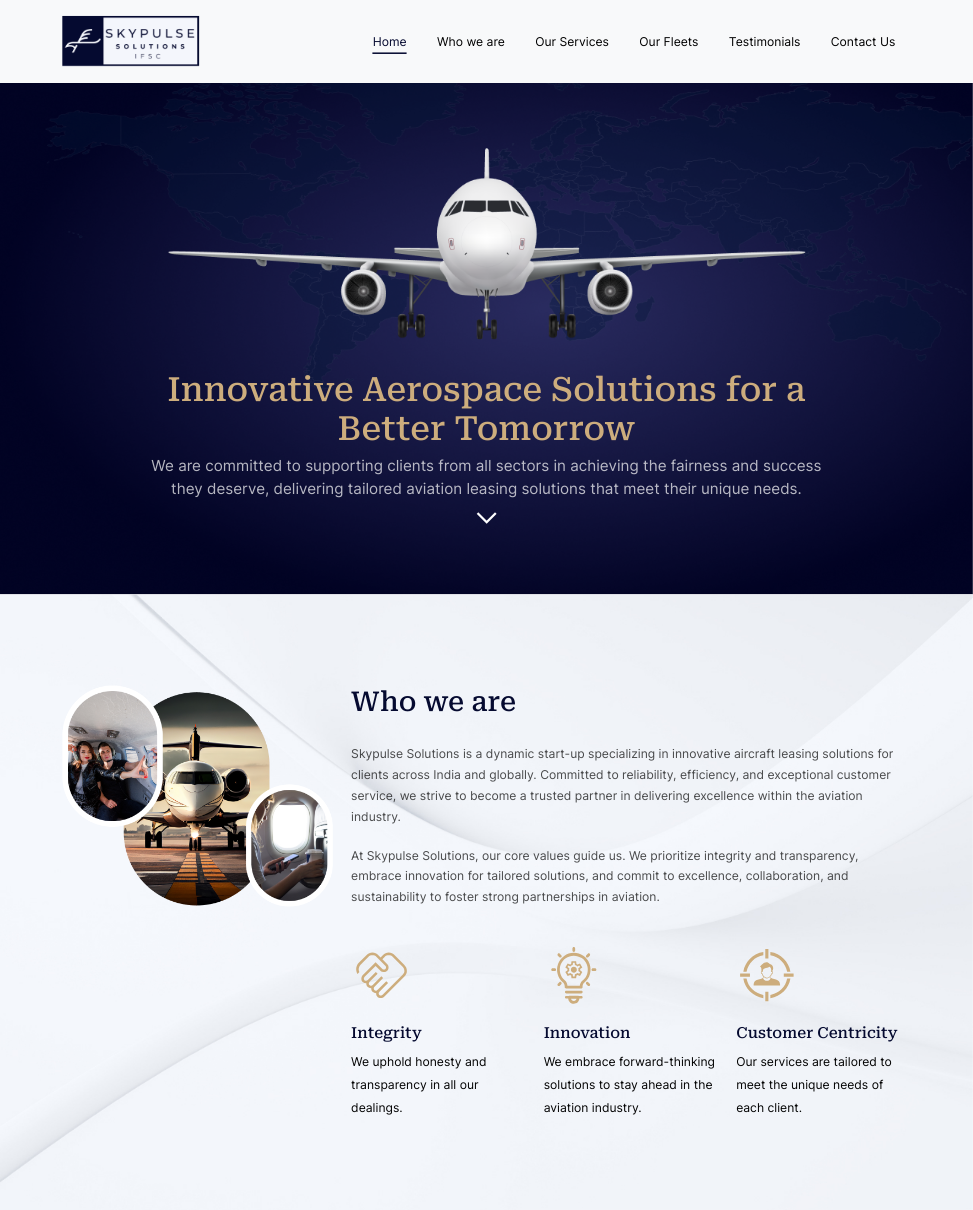
Repository: mangalravi/SkyPulse
Page: index.html
The author's editor kept a copy of each file at every save. The page is drawn from the files as they stood at one save, then again after the next save.
The browser window is 1280 px wide. The pictures show the whole page, at 76% of full size.

Above is the page before, as saved 2024-12-30 10:43:16.

### index.html
<!DOCTYPE html>
<html lang="en">
  <head>
    <meta charset="UTF-8" />
    <meta name="viewport" content="width=device-width, initial-scale=1.0" />
    <title>SkyPluse</title>
    <link rel="icon" href="content/images/favicon.png" type="image/x-icon" />
    <link
      rel="stylesheet"
      type="text/css"
      href="content/bootstrap/css/bootstrap.min.css"
    />
    <link rel="stylesheet" type="text/css" href="content/css/font-family.css" />
    <link rel="stylesheet" type="text/css" href="content/css/Icon.css" />
    <link
      rel="stylesheet"
      type="text/css"
      href="content/lib/slick/css/slick.min.css"
    />
    <link rel="stylesheet" type="text/css" href="content/css/custom.css" />
  </head>
  <body>
    <header class="nvbrhdr position-fixed w-100">

      <nav class="navbar navbar-expand-lg bg-body-tertiary p-0">
        <div class="container-fluid container-lg">
          <a class="navbar-brand m-0 p-0" href="#">
            <img src="content/images/logo.png" alt="logo">
          </a>
          <button class="navbar-toggler" type="button" data-bs-toggle="collapse" data-bs-target="#navbarSupportedContent" aria-controls="navbarSupportedContent" aria-expanded="false" aria-label="Toggle navigation">
            <span class="navbar-toggler-icon"></span>
          </button>
          <div class="collapse navbar-collapse" id="navbarSupportedContent">
            <ul class="navbar-nav ms-auto mb-2 mb-lg-0">
              <li class="nav-item">
                <a class="nav-link active ps-0" aria-current="page" href="#">Home</a>
              </li>
              <li class="nav-item">
                <a class="nav-link" href="#">Who we are</a>
              </li>

              <li class="nav-item">
                <a class="nav-link" href="#">Our Services</a>
              </li>
              <li class="nav-item">
                <a class="nav-link" href="#">Our Fleets</a>
              </li>
              <li class="nav-item">
                <a class="nav-link" href="#">Testimonials</a>
              </li>

              <li class="nav-item">
                <a class="nav-link pe-0" href="#">Contact Us</a>
              </li>
            </ul>

          </div>
        </div>
      </nav>

    </header>
   <section class="top-banner" style="background:url(content/images/banner-bg.png)">
    <div class="container">
      <div class="row justify-content-center">
        <div class="col-md-10">
          <div class="topcntnt text-center">
            <img src="content/images/airplane.png" alt="airplane">
            <h1 class="mb-2 fw-medium">Innovative Aerospace Solutions for a Better Tomorrow</h1>
            <p class="mb-2">We are committed to supporting clients from all sectors in achieving the fairness and success they deserve, delivering tailored aviation leasing solutions that meet their unique needs.</p>
            <span class="material-symbols-outlined">  arrow_forward_ios </span>
          </div>
        </div>
      </div>
    </div>
   </section>
   <section class="who-we-are" style="background:url(content/images/who-we-are-bg.jpg)">
    <div class="container">
      <div class="row justify-content-center gx-4">
        <div class="col-md-4">
<img src="content/images/who-we-are.png" alt="who">
          </div>
        <div class="col-md-8">
<h2 class="sec-head ">Who we are</h2>
<p class="sec-para mb-4">Skypulse Solutions is a
  dynamic start-up specializing in innovative aircraft leasing solutions
   for clients across India
  and globally.  Committed
   to reliability, efficiency, and exceptional
   customer service, we
   strive to become a
   trusted partner in
   delivering excellence
   within the aviation industry.</p>
   <p class="sec-para mb50">
    At Skypulse Solutions, our core values guide us. We prioritize integrity and transparency, embrace innovation for tailored solutions, and commit to excellence, collaboration, and sustainability to foster strong partnerships in aviation.
   </p>
   <div class="row">
    <div class="col-md-4">
      <img src="content/images/integrity.svg" alt="integrity" class="mb20">
      <h3 class="mb-2">Integrity</h3>
      <p class="mb-0">We uphold honesty and transparency in all our dealings.</p>
    </div>
    <div class="col-md-4">
      <img src="content/images/innovation.svg" alt="innovation" class="mb20">
      <h3 class="mb-2">Innovation</h3>
      <p class="mb-0">We embrace forward-thinking solutions to stay ahead in the aviation industry.</p>
    </div>
    <div class="col-md-4">
      <img src="content/images/customer-centricity.svg" alt="customer-centricity" class="mb20">
      <h3 class="mb-2">Customer Centricity</h3>
      <p class="mb-0">Our services are tailored to meet the unique needs of each client.</p>
    </div>
   </div>
          </div>
          </div>
          </div>
          </div>
    <script src="content/js/jquery.min.js"></script>
  <script src="content/bootstrap/js/bootstrap.bundle.min.js"></script>
    <script src="content/lib/slick/js/slick.min.js"></script>
    <script src="content/js/custom.js"></script>
  </body>
</html>

### content/css/font-family.css
/* Inter Family */

@font-face {
  font-family: "Inter";
  font-style: normal;
  font-weight: 400;
  src: url("../fonts/Inter/Inter-Regular.ttf") format("truetype");
  font-display: swap;
}

@font-face {
  font-family: "Inter";
  font-style: normal;
  font-weight: 500;
  src: url("../fonts/Inter/Inter-Medium.ttf") format("truetype");
  font-display: swap;
}

/* Roboto Serif Family */

@font-face {
  font-family: "RobotoSerif";
  font-style: normal;
  font-weight: 400;
  src: url("../fonts/Roboto-Serif/RobotoSerif-Regular.ttf") format("truetype");
  font-display: swap;
}

@font-face {
  font-family: "RobotoSerif";
  font-style: normal;
  font-weight: 500;
  src: url("../fonts/Roboto-Serif/RobotoSerif-Medium.ttf") format("truetype");
  font-display: swap;
}

### content/css/Icon.css
/* fallback */
@font-face {
    font-family: 'Material Icons';
    font-style: normal;
    font-weight: 300;
    src: url(../fonts/icon.woff2) format('woff2');
  }
  /* fallback */
  @font-face {
    font-family: 'Material Icons Outlined';
    font-style: normal;
    font-weight: 300;
    src: url(../fonts/icon-outline.woff2) format('woff2');
  }
  @font-face {
    font-family: 'Material Symbols Outlined';
    font-style: normal;
    font-weight: 300;
    src: url(../fonts/icon-symbol-outline.woff2) format('woff2');
  }

  .material-icons {
    font-family: 'Material Icons';
    font-weight: normal;
    font-style: normal;
    font-size: 24px;
    line-height: 1;
    letter-spacing: normal;
    text-transform: none;
    display: inline-block;
    white-space: nowrap;
    word-wrap: normal;
    direction: ltr;
    -webkit-font-feature-settings: 'liga';
    -webkit-font-smoothing: antialiased;
  }

  .material-icons-outlined {
    font-family: 'Material Icons Outlined';
    font-weight: normal;
    font-style: normal;
    font-size: 24px;
    line-height: 1;
    letter-spacing: normal;
    text-transform: none;
    display: inline-block;
    white-space: nowrap;
    word-wrap: normal;
    direction: ltr;
    -webkit-font-feature-settings: 'liga';
    -webkit-font-smoothing: antialiased;
  }
 /* Fallback */


.material-symbols-outlined {
  font-family: 'Material Symbols Outlined';
  font-weight: normal;
  font-style: normal;
  font-size: 24px;
  line-height: 1;
  letter-spacing: normal;
  text-transform: none;
  display: inline-block;
  white-space: nowrap;
  word-wrap: normal;
  direction: ltr;
  -webkit-font-feature-settings: 'liga';
  -webkit-font-smoothing: antialiased;
}

### content/lib/slick/css/slick.min.css
/**
 * Minified by jsDelivr using clean-css v4.2.0.
 * Original file: /npm/slick-carousel@1.8.1/slick/slick.css
 *
 * Do NOT use SRI with dynamically generated files! More information: https://www.jsdelivr.com/using-sri-with-dynamic-files
 */
 .slick-slider{position:relative;display:block;box-sizing:border-box;-webkit-user-select:none;-moz-user-select:none;-ms-user-select:none;user-select:none;-webkit-touch-callout:none;-khtml-user-select:none;-ms-touch-action:pan-y;touch-action:pan-y;-webkit-tap-highlight-color:transparent}.slick-list{position:relative;display:block;overflow:hidden;margin:0;padding:0}.slick-list:focus{outline:0}.slick-list.dragging{cursor:pointer;cursor:hand}.slick-slider .slick-list,.slick-slider .slick-track{-webkit-transform:translate3d(0,0,0);-moz-transform:translate3d(0,0,0);-ms-transform:translate3d(0,0,0);-o-transform:translate3d(0,0,0);transform:translate3d(0,0,0)}.slick-track{position:relative;top:0;left:0;display:block;margin-left:auto;margin-right:auto}.slick-track:after,.slick-track:before{display:table;content:''}.slick-track:after{clear:both}.slick-loading .slick-track{visibility:hidden}.slick-slide{display:none;float:left;height:100%;min-height:1px}[dir=rtl] .slick-slide{float:right}.slick-slide img{display:block}.slick-slide.slick-loading img{display:none}.slick-slide.dragging img{pointer-events:none}.slick-initialized .slick-slide{display:block}.slick-loading .slick-slide{visibility:hidden}.slick-vertical .slick-slide{display:block;height:auto;border:1px solid transparent}.slick-arrow.slick-hidden{display:none}
 /*# sourceMappingURL=/sm/fb3ed351cd5c0f1f30f88778ee1f9b056598e6d25ac4fdcab1eebcd8be521cd9.map */

### content/css/custom.css
:root {
  --bs-primary-color: #050A30;
  --bs-secondary-color: #030303;
  --bs-gold-color: #CDAD7D;
  --bs-heading-font-family: 'RobotoSerif', serif;
  --bs-body-font-family: 'Inter', sans-serif;
}

  section {
    padding: 120px 0;
  }
  p {
    color:var(--bs-secondary-color);
    line-height: 1.875rem;
    font-weight: 400;
  }
  a {
    text-decoration: none;
  }
  h1,h2,h3,h4,h5,h6 {
    font-family: var(--bs-heading-font-family);
    font-weight: 500;
    margin-bottom: 1rem;
    color:var(--bs-primary-color);
  }
  .material-symbols-outlined {
    font-weight: bold;
    font-size:1.25rem;
    transition:all 0.7s;
  }
  img {
    max-width: 100%;
  }
  body{
    padding:0 ;
  }
 .navbar{
background: #FFFFFFF2;
}
.nvbrhdr{
   z-index: 99;
 }
 .navbar-expand-lg .navbar-nav .nav-link {
padding: 2.781rem 0;
margin:0 1.25rem;
color:#000000;
line-height: 1.25rem;
position: relative;
 }
 .navbar-expand-lg .navbar-nav .nav-link.active {
  color: var(--bs-primary-color);
 }
 .navbar-expand-lg .navbar-nav .nav-link::before{
  position: absolute;
  content: "";
  background: transparent;
  width: 100%;
  height: 2px;
  left: 0;
  top: 63%;
 }
 .navbar-expand-lg .navbar-nav .nav-link.active::before,
  .navbar-expand-lg .navbar-nav .nav-link:hover::before {
background:var(--bs-primary-color);
 }

/* top-banner */
.top-banner{
  padding-top: 195px;
   padding-bottom: 78px;
background-size:cover;
background-position:center;
background-repeat: no-repeat;
 }
.top-banner .topcntnt img{
margin-bottom: 2.5rem;
 }
.top-banner .topcntnt h1{
color:#CDAD7D;
font-size:2.75rem;
line-height: 51.52px;
letter-spacing: 1.5%;
 }
.top-banner .topcntnt p{
font-size:1.25rem;
line-height: 1.875rem;
color:#fff;
opacity: 0.7;
 }
.top-banner .topcntnt span{
  font-size: 2rem;
  transform: rotate(90deg);
  color: #fff;
}
.sec-head{
  font-size: 2.25rem;
  line-height: 45px;
}
.who-we-are .sec-head{
  margin-bottom: 2rem;
}
.gold{
  color:#CDAD7D;
}
.sec-para{
  color:#030303;
  line-height: 27.2px;
  opacity: 0.7;
}
.mb50{
  margin-bottom: 50px;
}
.mb20{
  margin-bottom: 1.25rem;
}
.who-we-are h3{
  font-size: 1.25rem;
  line-height: 1.875rem;
}

### content/js/custom.js
$(window).scroll(function () {
  $(this).scrollTop() >= 250
    ? $(".nvbrhdr").addClass("bg-white")
    : $(".nvbrhdr").removeClass("bg-white");
})

Loaded but not shown: content/bootstrap/css/bootstrap.min.css (library); content/js/jquery.min.js (library); content/bootstrap/js/bootstrap.bundle.min.js (library); content/lib/slick/js/slick.min.js (library)

After the next save:
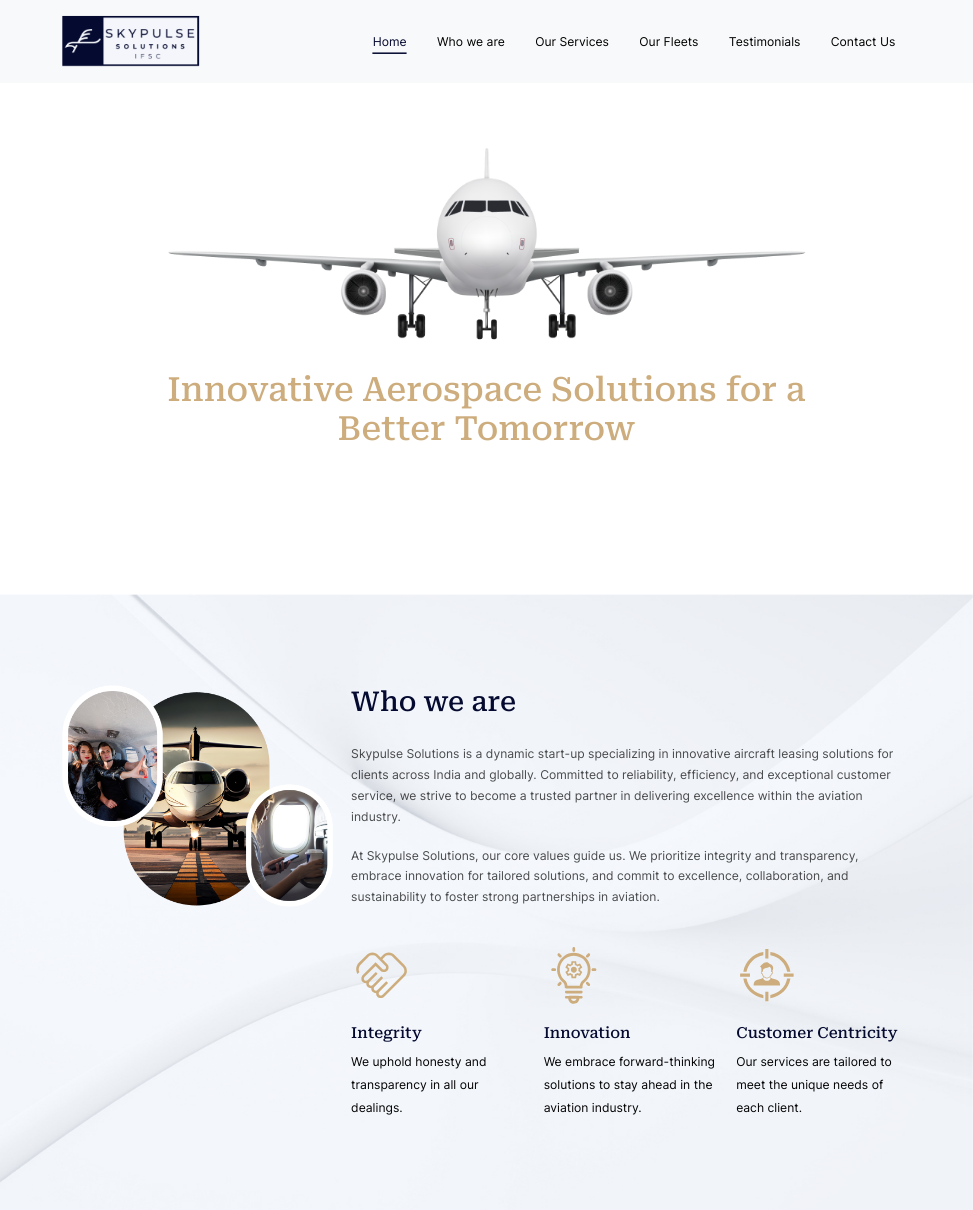
Saved 31 s later.
--- a/index.html
+++ b/index.html
@@ -59,7 +59,7 @@
       </nav>
 
     </header>
-   <section class="top-banner" style="background:url(content/images/banner-bg.png)">
+   <section class="top-banner">
     <div class="container">
       <div class="row justify-content-center">
         <div class="col-md-10">
